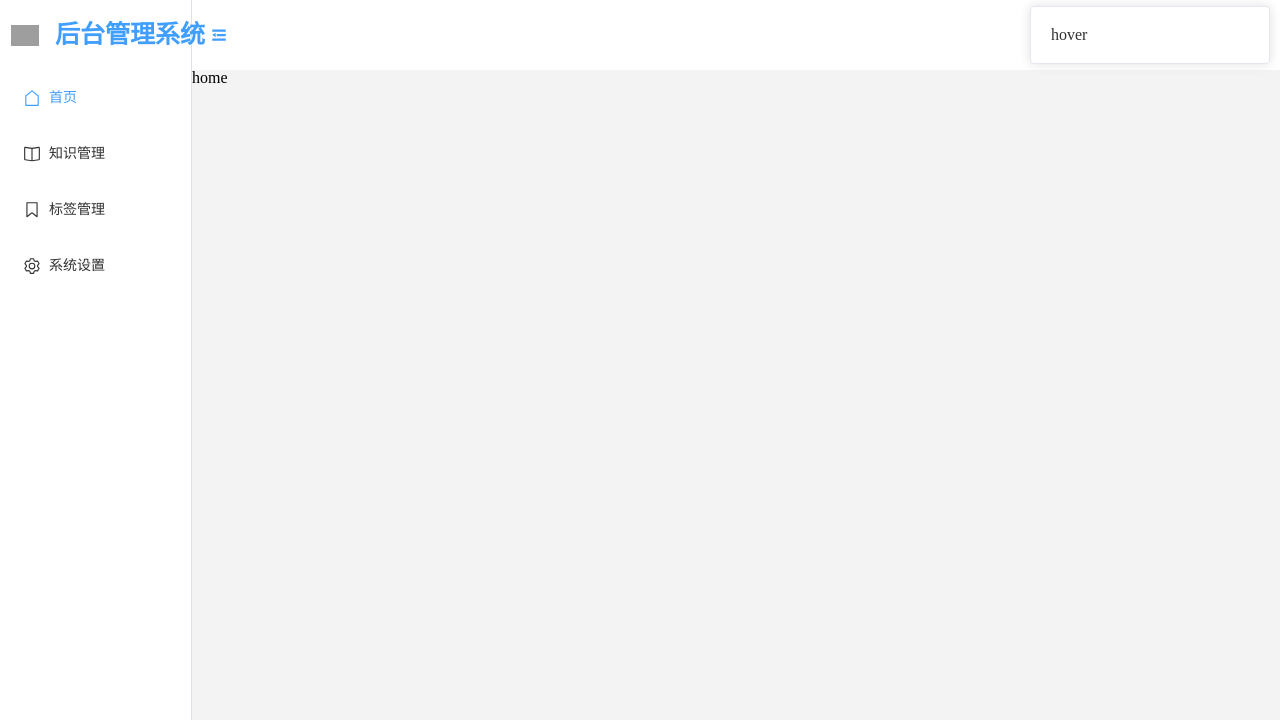
Repository: serrrN/admin
Page: /
The author's editor kept a copy of each file at every save. The page is drawn from the files as they stood at one save, then again after the next save.
The browser window is 1280 px wide. The pictures show the whole page.
Pictures or frames that could not be fetched are drawn as grey boxes. The project was rebuilt for these pictures with package versions that can differ from the ones it lists, and the page was loaded fresh each time. Also part of the build but not shown: vite.config.ts, src/styles/index.scss.

Above is the page before, as saved 2024-06-05 16:21:24.

After the next save:
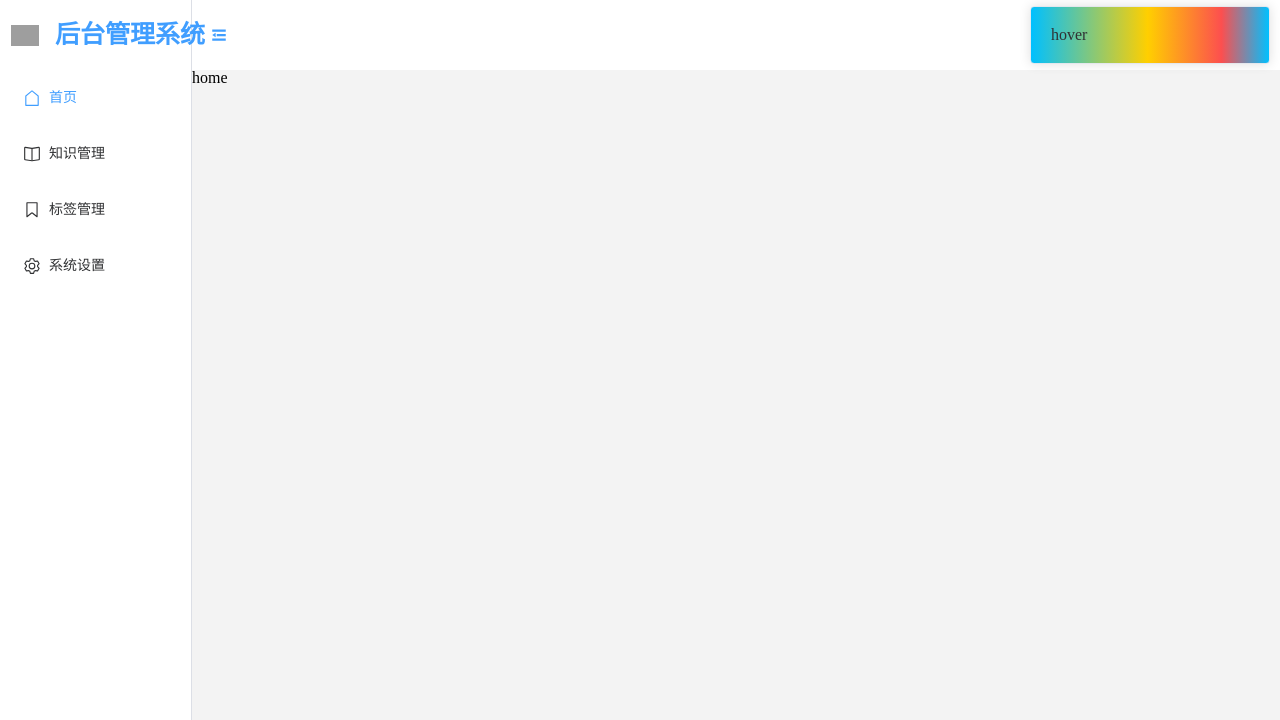
Saved 2 min 24 s later.
--- a/src/layout/header/menu/index.vue
+++ b/src/layout/header/menu/index.vue
@@ -1,7 +1,6 @@
 <template>
   <div class="header-menu">
     <el-card style="width: 240px">hover</el-card>
-    <div class="border"></div>
   </div>
 </template>
 <script setup lang="ts"></script>
@@ -13,22 +12,8 @@
   margin-right: 10px;
   cursor: pointer;
   position: relative;
-  .border {
-    background: linear-gradient(
-      45deg,
-      red,
-      orange,
-      yellow,
-      green,
-      blue,
-      indigo,
-      violet,
-      red
-    );
-    width: 101%;
-    height: 101%;
-    position: absolute;
-    z-index: -1;
-  }
+   .el-card{
+    background-image: linear-gradient(90deg, #00C0FF 0%, #FFCF00 49%, #FC4F4F 80%, #00C0FF 100%);
+   }
 }
 </style>
